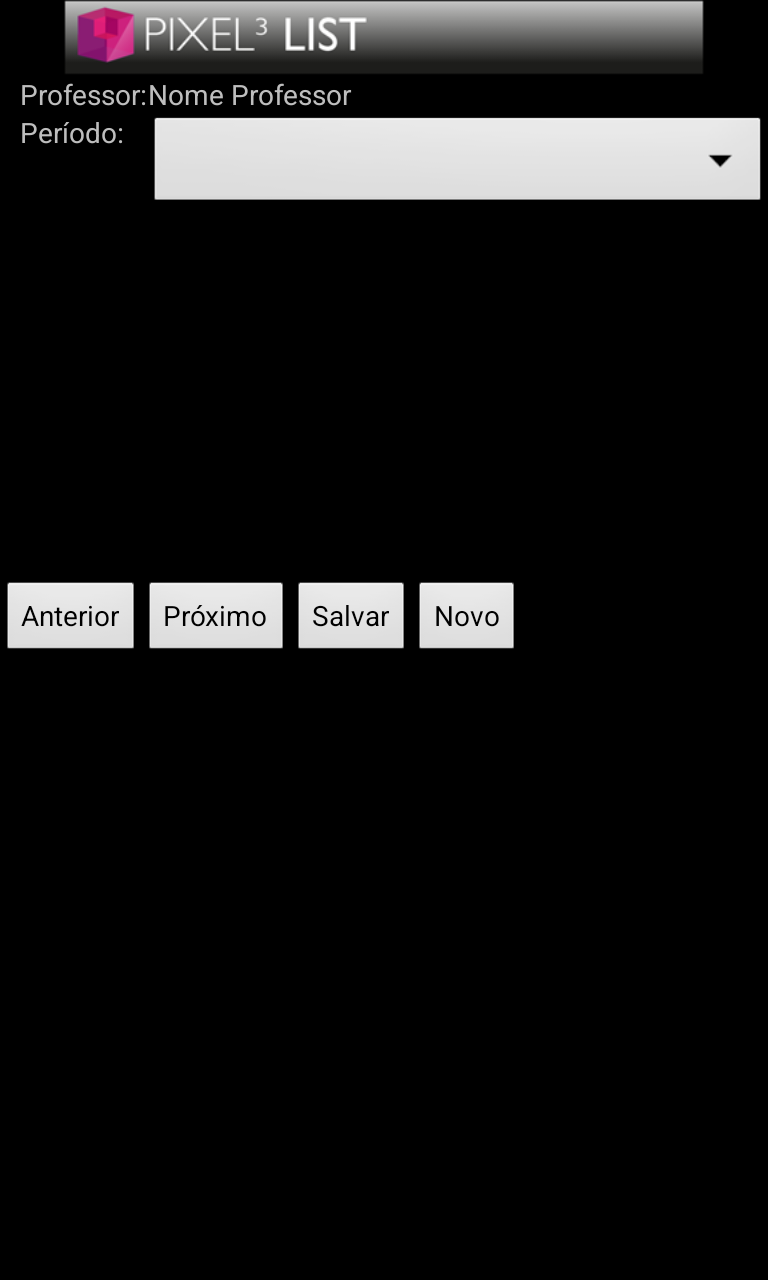
Repository: pixel3mobi/listaDigital
Layout: Pixel3List/res/layout/chamada.xml
These files come from the project's save history. The layout is drawn as it stood at one moment and after the next save; the edit follows.
It is drawn on a 768 x 1280 px phone screen (xhdpi) without system bars, with theme android:Theme; the app's code is not run. Lists and similar views that code fills are empty.

Above is the layout before, as saved 2011-03-26 00:29:13.

### Pixel3List/res/layout/chamada.xml
<?xml version="1.0" encoding="utf-8"?>
<RelativeLayout
	android:id="@+id/widget50"
	android:layout_width="fill_parent"
	android:layout_height="fill_parent"
	xmlns:android="http://schemas.android.com/apk/res/android">
	<ImageView
		android:id="@+id/cabecalho"
		android:src="@drawable/cabecalho"
		android:layout_width="fill_parent"
		android:layout_height="wrap_content"
		android:layout_alignParentTop="true"
		android:layout_alignParentLeft="true">
	</ImageView>
	<RelativeLayout
		android:layout_height="wrap_content"
		android:id="@+id/relativeLayout2"
		android:layout_width="wrap_content"
		android:layout_below="@+id/cabecalho"
		android:layout_alignLeft="@+id/cabecalho"
		android:layout_alignRight="@+id/cabecalho">
		<TextView
			android:id="@+id/txtProfessor"
			android:layout_height="wrap_content"
			android:paddingLeft="10dip"
			android:text="Professor:"
			android:layout_width="wrap_content"
			android:layout_alignParentTop="true">
		</TextView>
		<TextView android:id="@+id/txtPeriodo" android:layout_height="wrap_content" android:paddingLeft="10dip" android:layout_width="wrap_content" android:text="Período:" android:layout_below="@+id/txtProfessor" android:layout_alignLeft="@+id/txtProfessor"></TextView>
		<TextView android:id="@+id/nomeProfessor" android:layout_height="wrap_content" android:layout_width="wrap_content" android:text="Nome Professor" android:layout_toRightOf="@+id/txtProfessor" android:layout_alignTop="@+id/txtProfessor" android:layout_alignBottom="@+id/txtProfessor"></TextView>
		<Spinner android:layout_height="50dip" android:layout_width="fill_parent" android:paddingLeft="10dip" android:id="@+id/periodos" android:layout_below="@+id/nomeProfessor" android:layout_alignLeft="@+id/nomeProfessor"></Spinner>
		<TextView android:id="@+id/txtData" android:textColor="#FFFFFF" android:layout_height="wrap_content" android:layout_width="wrap_content" android:layout_below="@+id/periodos" android:layout_alignLeft="@+id/periodos" android:layout_alignRight="@+id/periodos"></TextView>
	</RelativeLayout>
	<ListView
		android:id="@+id/alunos"
		android:layout_width="fill_parent"
		android:layout_height="300dip"
		android:layout_alignParentBottom="true"
		android:layout_alignParentRight="true">
	</ListView>
	<RelativeLayout android:layout_height="50dip" android:layout_width="wrap_content" android:id="@+id/relativeLayout1" android:layout_above="@+id/alunos" android:layout_alignLeft="@+id/alunos" android:layout_alignRight="@+id/alunos">
		<Button android:layout_alignParentLeft="true" android:id="@+id/btnAnterior" android:layout_height="40dip" android:layout_width="wrap_content" android:text="Anterior"></Button>
		<Button android:layout_alignTop="@+id/btnAnterior" android:id="@+id/btnProximo" android:layout_toRightOf="@+id/btnAnterior" android:layout_height="40dip" android:layout_width="wrap_content" android:layout_alignBottom="@+id/btnAnterior" android:text="Próximo"></Button>
		<Button android:layout_alignTop="@+id/btnProximo" android:id="@+id/btnSalvar" android:layout_toRightOf="@+id/btnProximo" android:layout_height="40dip" android:layout_width="wrap_content" android:layout_alignBottom="@+id/btnProximo" android:text="Salvar"></Button>
		<Button android:id="@+id/btnNovo" android:layout_toRightOf="@+id/btnSalvar" android:layout_height="wrap_content" android:layout_width="wrap_content" android:text="Novo" android:layout_alignTop="@+id/btnSalvar" android:layout_alignBottom="@+id/btnSalvar"></Button>
	</RelativeLayout>
</RelativeLayout>

After the next save:
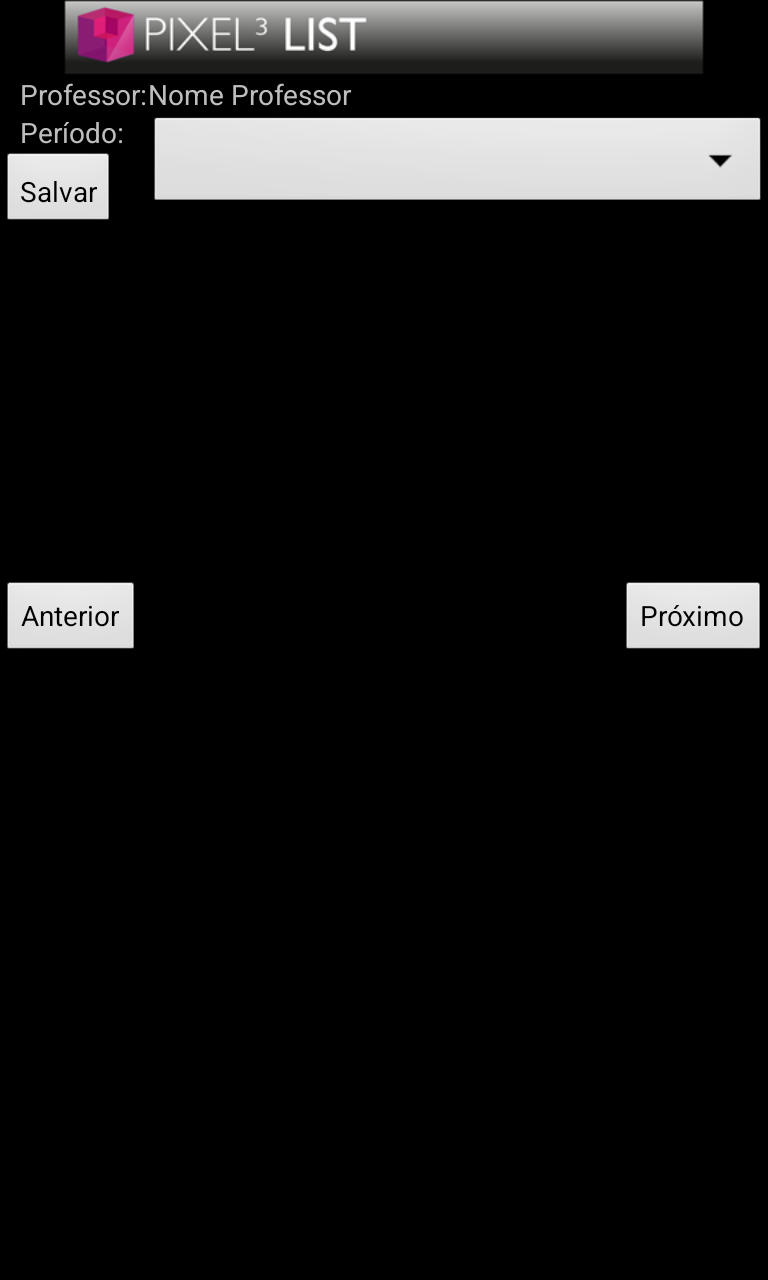
Saved 97 s later.
--- a/Pixel3List/res/layout/chamada.xml
+++ b/Pixel3List/res/layout/chamada.xml
@@ -28,6 +28,7 @@
 			android:layout_alignParentTop="true">
 		</TextView>
 		<TextView android:id="@+id/txtPeriodo" android:layout_height="wrap_content" android:paddingLeft="10dip" android:layout_width="wrap_content" android:text="Período:" android:layout_below="@+id/txtProfessor" android:layout_alignLeft="@+id/txtProfessor"></TextView>
+		<Button android:id="@+id/btnSalvar" android:padding="10dip" android:layout_height="40dip" android:layout_width="wrap_content" android:text="Salvar" android:layout_below="@+id/txtPeriodo" android:layout_alignLeft="@+id/txtPeriodo"></Button>
 		<TextView android:id="@+id/nomeProfessor" android:layout_height="wrap_content" android:layout_width="wrap_content" android:text="Nome Professor" android:layout_toRightOf="@+id/txtProfessor" android:layout_alignTop="@+id/txtProfessor" android:layout_alignBottom="@+id/txtProfessor"></TextView>
 		<Spinner android:layout_height="50dip" android:layout_width="fill_parent" android:paddingLeft="10dip" android:id="@+id/periodos" android:layout_below="@+id/nomeProfessor" android:layout_alignLeft="@+id/nomeProfessor"></Spinner>
 		<TextView android:id="@+id/txtData" android:textColor="#FFFFFF" android:layout_height="wrap_content" android:layout_width="wrap_content" android:layout_below="@+id/periodos" android:layout_alignLeft="@+id/periodos" android:layout_alignRight="@+id/periodos"></TextView>
@@ -41,8 +42,6 @@
 	</ListView>
 	<RelativeLayout android:layout_height="50dip" android:layout_width="wrap_content" android:id="@+id/relativeLayout1" android:layout_above="@+id/alunos" android:layout_alignLeft="@+id/alunos" android:layout_alignRight="@+id/alunos">
 		<Button android:layout_alignParentLeft="true" android:id="@+id/btnAnterior" android:layout_height="40dip" android:layout_width="wrap_content" android:text="Anterior"></Button>
-		<Button android:layout_alignTop="@+id/btnAnterior" android:id="@+id/btnProximo" android:layout_toRightOf="@+id/btnAnterior" android:layout_height="40dip" android:layout_width="wrap_content" android:layout_alignBottom="@+id/btnAnterior" android:text="Próximo"></Button>
-		<Button android:layout_alignTop="@+id/btnProximo" android:id="@+id/btnSalvar" android:layout_toRightOf="@+id/btnProximo" android:layout_height="40dip" android:layout_width="wrap_content" android:layout_alignBottom="@+id/btnProximo" android:text="Salvar"></Button>
-		<Button android:id="@+id/btnNovo" android:layout_toRightOf="@+id/btnSalvar" android:layout_height="wrap_content" android:layout_width="wrap_content" android:text="Novo" android:layout_alignTop="@+id/btnSalvar" android:layout_alignBottom="@+id/btnSalvar"></Button>
+		<Button android:id="@+id/btnProximo" android:layout_height="40dip" android:layout_width="wrap_content" android:text="Próximo" android:layout_alignParentRight="true"></Button>
 	</RelativeLayout>
 </RelativeLayout>
